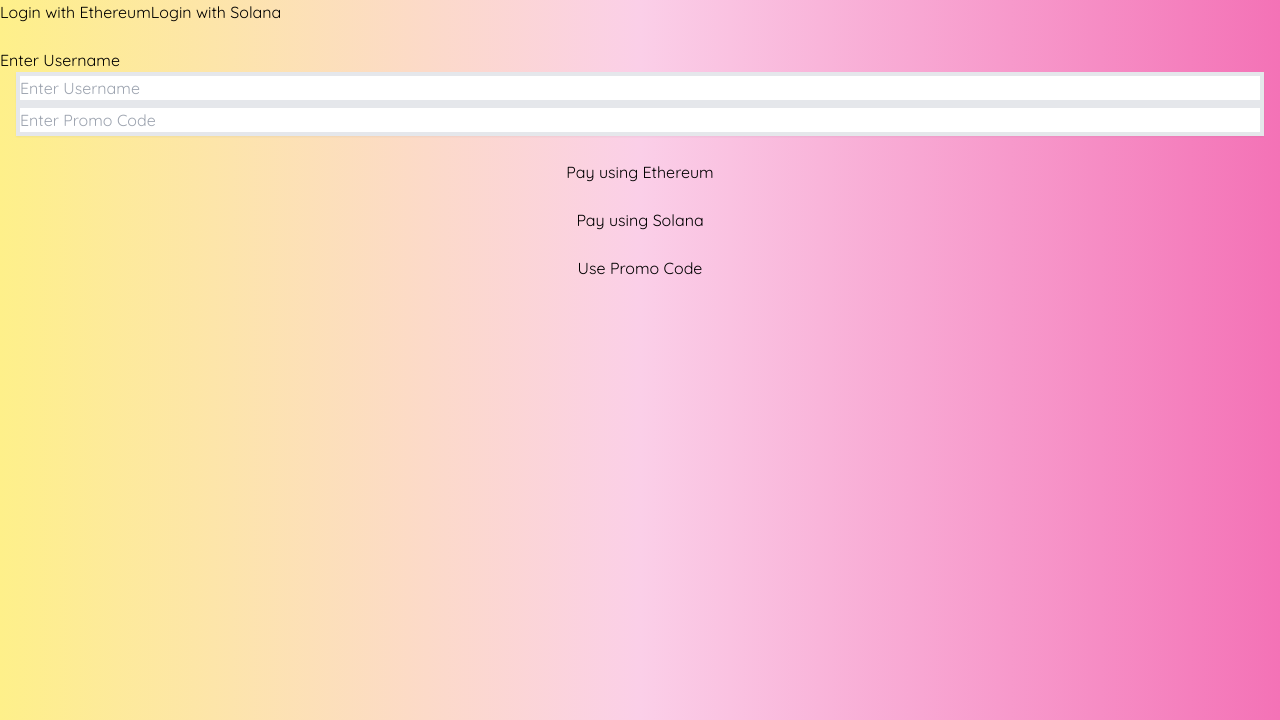
Repository: 22shivam/Polychain
Page: / (app in frontend/)
These files come from the project's save history. The page is drawn as it stood at one moment and after the next save; the edit follows.
The browser window is 1280 px wide. The pictures show the whole page.
The page's requests for data from a server got no answer. The project was rebuilt for these pictures with package versions that can differ from the ones it lists, and the page was loaded fresh each time. The framework's server and built-in components were replaced by stand-ins that run in the browser. No one was signed in, and anything a server would have sent is missing. Also part of the build but not shown: frontend/next.config.js.

Above is the page before, as saved 2022-01-01 11:34:51.

After the next save:
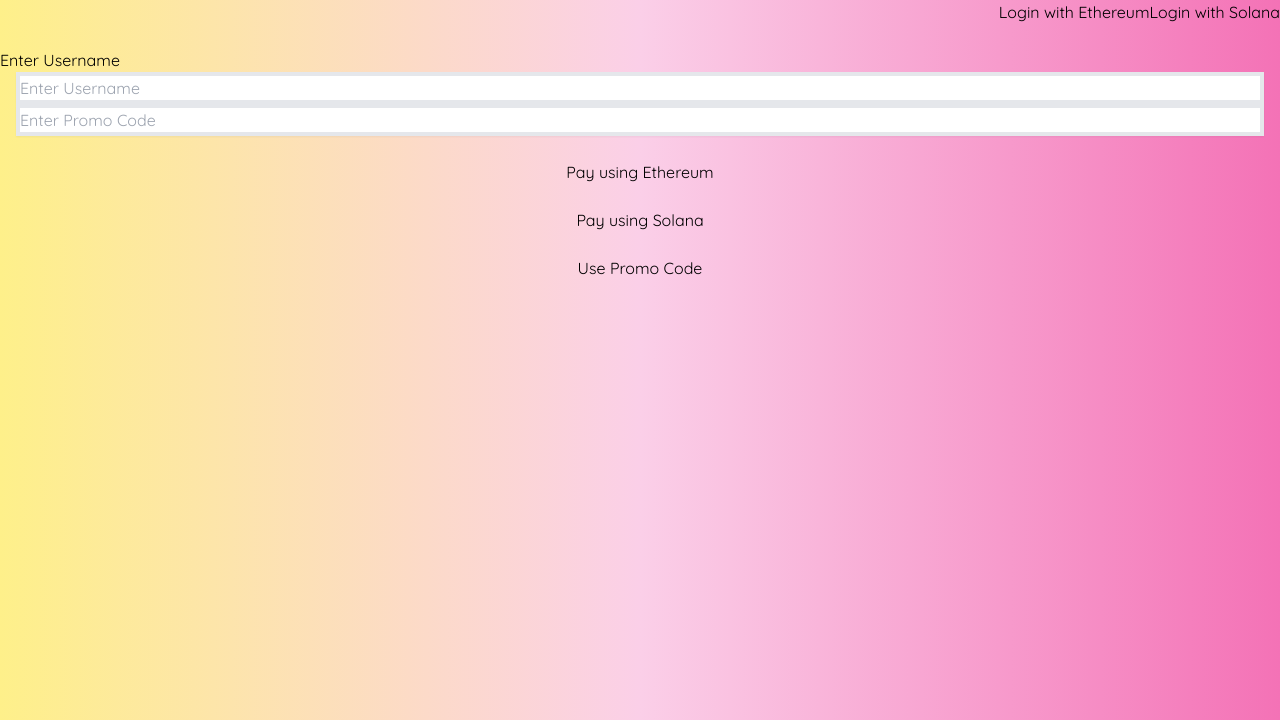
Saved 30 s later.
--- a/frontend/pages/index.js
+++ b/frontend/pages/index.js
@@ -215,23 +215,23 @@ export default function App() {
     return (
         <div className="flex flex-col">
             <div className="flex flex-row" id="nav_bar">
-                <div className="" id="left_nav_bar">
-                    <div className="grow" id="spacer">
-                        <div className="" id="right_nav_bar">
-                            {userAccount.address ?
-                                <div>
-                                    <h1><Link href="/dashboard">Dashboard</Link></h1>
-                                    <button onClick={handleLogout}>Logout</button>
-                                </div>
-                                : (
-                                    <div>
-                                        <button onClick={ethLogin}>Login with Ethereum</button>
-                                        <button onClick={solLogin}>Login with Solana</button>
-
-                                    </div>
-                                )}
+                <div className="" id="left_nav_bar"> </div>
+                <div className="grow" id="spacer">  </div>
+                <div className="" id="right_nav_bar">
+                    {userAccount.address ?
+                        <div>
+                            <h1><Link href="/dashboard">Dashboard</Link></h1>
+                            <button onClick={handleLogout}>Logout</button>
                         </div>
-                    </div>
+                        : (
+                            <div>
+                                <button onClick={ethLogin}>Login with Ethereum</button>
+                                <button onClick={solLogin}>Login with Solana</button>
+
+                            </div>
+                        )}
+
+
                 </div>
             </div>
 
